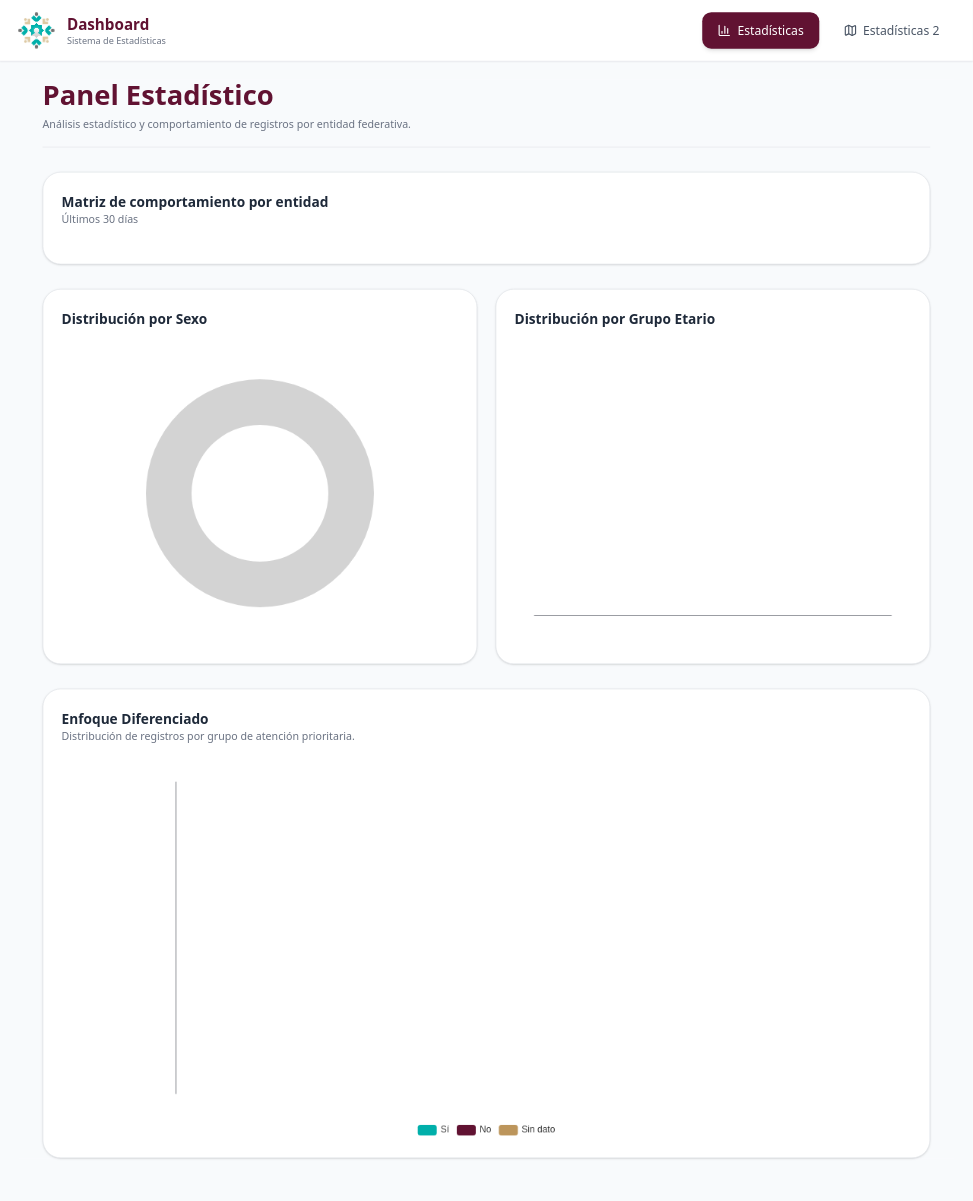
Repository: jesus890/semaforo-cinepolis
Page: /estadisticas
The author's editor kept a copy of each file at every save. The page is drawn from the files as they stood at one save, then again after the next save.
The browser window is 1280 px wide. The pictures show the whole page, at 76% of full size.
The page's requests for data from a server got no answer. The project was rebuilt for these pictures with package versions that can differ from the ones it lists, and the page was loaded fresh each time. No one was signed in, and anything a server would have sent is missing. Also part of the build but not shown: vite.config.ts, src/pages/EstadisticasDosPage.tsx.

Above is the page before, as saved 2026-06-04 12:58:56.

### index.html
<!doctype html>
<html lang="en">
  <head>
    <meta charset="UTF-8" />
    <link rel="icon" type="image/svg+xml" href="/favicon.svg" />
    <meta name="viewport" content="width=device-width, initial-scale=1.0" />
    <title>Estadistica Alertamiento | RNPNDO</title>
  </head>
  <body>
    <div id="root"></div>
    <script type="module" src="/src/main.tsx"></script>
  </body>
</html>

### src/App.tsx
import AppRouter from "./router/AppRouter";

function App() {
    return <AppRouter />;
}

export default App;

### src/router/AppRouter.tsx
import {BrowserRouter,Routes,Route,Navigate,} from "react-router-dom";

import DashboardLayout from "../layouts/DashboardLayout";
import EstadisticasPage from "../pages/EstadisticaPage";
import EstadisticasDosPage from "../pages/EstadisticasDosPage";



export default function AppRouter() {

    return (
        <BrowserRouter>
            <Routes>
                <Route path="/" element={<DashboardLayout/>}>
                    <Route index element={<Navigate to="/estadisticas"/>}/>
                    <Route path="estadisticas" element={<EstadisticasPage />}/>
                    <Route path="estadisticas-2" element={<EstadisticasDosPage />}/>
                </Route>
            </Routes>
        </BrowserRouter>
    );
}

### src/layouts/DashboardLayout.tsx
import { Outlet } from "react-router-dom";

import Header from "../components/Dashboard/navigation/Header";

export default function DashboardLayout() {

    return (
        <div className="min-h-screen bg-slate-50">
            <Header />
            <main className="p-6">
                <Outlet />
            </main>
        </div>

    );
}

### src/pages/EstadisticaPage.tsx
import { useEffect, useState } from "react";

import HeatmapTable from "../components/Dashboard/heatmap/HeatmapTable";

import SexoChart from "../components/Dashboard/charts/SexoChart";

import type { HeatmapRow } from "../types/dashboard.types";

import { GetEntidadesByAlertaTable, GetTotalesIncremento } from "../services/dashboard.service";
import EdadChart from "../components/Dashboard/charts/EdadChart";
import EnfoqueChart from "../components/Dashboard/charts/EnfoqueChart";

export default function EstadisticasPage() {

    const [filters, setFilters] = useState<{ estado_id: number | null, municipio_id: number | null }>({ estado_id: null, municipio_id: null });

    const [heatmapEstados, setHeatmapEstados] = useState<HeatmapRow[]>([]);
    const [dataChart, setDataChart] = useState<any>(null);

    const [loadingHeatmap, setLoadingHeatmap] = useState<boolean>(true);
    const [loadingCharts, setLoadingCharts] = useState<boolean>(true);

    useEffect(() => {
        loadData();
    }, [filters]);

    const loadData = async () => {

        try {

            setLoadingHeatmap(true);
            setLoadingCharts(true);

            const [matrizResp, chartResp] = await Promise.allSettled([
                GetEntidadesByAlertaTable(filters.estado_id, filters.municipio_id),
                GetTotalesIncremento(filters.estado_id, filters.municipio_id)
            ]);

            if (matrizResp.status === "fulfilled") {
                const rows: HeatmapRow[] = matrizResp.value.map((item: any) => ({
                    id: String(item.estado_id),
                    estadoId: item.estado_id,
                    name: item.entidad,
                    values:
                        item.detalleUltimos30Dias.map(
                            (dia: any) => ({
                                day: dia.fecha.slice(0, 10),
                                total: dia.totalRegistros,
                                estatus: dia?.estatusDia,
                                estadoId: item?.estado_id,
                                municipioId: 1, // temporal
                            })
                        ),
                }));

                setHeatmapEstados(rows);
            }

            if (chartResp.status === "fulfilled") {
                setDataChart(chartResp.value);
            }


        } catch (error) {
            console.log("No se pudo obtener la información de la tabla de entidades inicial");
        } finally {
            setLoadingHeatmap(false);
            setLoadingCharts(false);
        }

    };

    const handleEstadoClick = (estadoId: number) => {
        setFilters({
            estado_id: estadoId,
            municipio_id: null,
        });

    };

    const handleCellClick = (data: { estadoId: number; municipioId: number; fecha: string; }) => {
        //console.log("Click celda", data);

        setFilters(prev => ({
            ...prev,
            estado_id:
                data.estadoId,
        }));

    };

    return (
        <>
            <div className="min-h-screen bg-slate-50">
                <div className="mx-auto max-w-[1800px] px-6 lg:px-8">

                    <div className="mb-8 border-b border-gray-200 pb-5">
                        <h1 className="text-4xl font-bold text-[#611232]">
                            Panel Estadístico
                        </h1>

                        <p className="mt-2 text-sm text-gray-500">
                            Análisis estadístico y comportamiento de registros por entidad federativa.
                        </p>
                    </div>

                    {/* Matriz de datos */}
                    <section className="mb-8">
                        <div className="rounded-3xl border border-gray-200 bg-white p-6 shadow-sm">
                            <div className="mb-5">
                                <h2 className="text-lg font-semibold text-gray-800">
                                    Matriz de comportamiento por entidad
                                </h2>

                                <p className="text-sm text-gray-500">
                                    Últimos 30 días
                                </p>
                            </div>

                            <HeatmapTable
                                rows={heatmapEstados}
                                level="estado"
                                onRowClick={handleEstadoClick}
                                onCellClick={handleCellClick}
                            />
                        </div>
                    </section>

                    <section className="mb-8 grid grid-cols-1 gap-6 xl:grid-cols-2">

                        <div className="rounded-3xl border border-gray-200 bg-white p-6 shadow-sm">
                            <h2 className="mb-4 text-lg font-semibold text-gray-800">
                                Distribución por Sexo
                            </h2>

                            <SexoChart sexo={dataChart?.sexo} />
                        </div>

                        <div className="rounded-3xl border border-gray-200 bg-white p-6 shadow-sm">
                            <h2 className="mb-4 text-lg font-semibold text-gray-800">
                                Distribución por Grupo Etario
                            </h2>

                            <EdadChart grupoEtario={dataChart?.grupoEtario} />
                        </div>

                    </section>

                    <section className="mb-8">
                        <div className="rounded-3xl border border-gray-200 bg-white p-6 shadow-sm">
                            <div className="mb-5">
                                <h2 className="text-lg font-semibold text-gray-800">
                                    Enfoque Diferenciado
                                </h2>

                                <p className="text-sm text-gray-500">
                                    Distribución de registros por grupo de atención prioritaria.
                                </p>
                            </div>

                            <EnfoqueChart
                                enfoqueDiferenciado={dataChart?.enfoqueDiferenciado}
                            />
                        </div>
                    </section>
                </div>
            </div>
        </>
    );
}

### src/components/Dashboard/navigation/Header.tsx
import { NavLink } from "react-router-dom";

import { BarChart3, Map, } from "lucide-react";
import logoSystem from "../../../assets/CNB.png";

export default function Header() {

    const menu = [
        {
            label: "Estadísticas",
            icon: BarChart3,
            path: "/estadisticas",
        },
        {
            label: "Estadísticas 2",
            icon: Map,
            path: "/estadisticas-2",
        },
    ];

    return (

        <header className="sticky top-0 z-50 bg-white border-b border-gray-200 shadow-sm">

            <div className="h-20 px-6 flex items-center justify-between max-w-[1800px] mx-auto">

                {/* Logo */}
                <div className="flex items-center gap-4">

                    <img src={logoSystem} alt="Logo" className="h-12 w-auto object-contain" />

                    <div>

                        <h1 className="text-xl font-bold text-[#611232]">
                            Dashboard
                        </h1>

                        <p className="text-xs text-gray-500">
                            Sistema de Estadísticas
                        </p>

                    </div>

                </div>

                {/* Menú */}
                <nav className="flex items-center gap-3">

                    {menu.map((item) => {

                        const Icon = item.icon;

                        return (

                            <NavLink
                                key={item.path}
                                to={item.path}
                                className={({
                                    isActive,
                                }) =>
                                    `
                                    flex
                                    items-center
                                    gap-2
                                    px-5
                                    py-3
                                    rounded-xl
                                    font-medium
                                    transition-all

                                    ${isActive
                                        ? "bg-[#611232] text-white shadow-md"
                                        : "text-gray-600 hover:bg-gray-100"
                                    }
                                `
                                }
                            >

                                <Icon
                                    size={18}
                                />

                                {item.label}

                            </NavLink>
                        );
                    })}

                </nav>

            </div>

        </header>
    );
}

### src/components/Dashboard/charts/SexoChart.tsx
import ReactECharts from "echarts-for-react";
import { Colors } from "../../../constants/colors";

interface SexoItem {
    categoria: string;
    total: number;
}

interface Props {
    sexo?: SexoItem[];
}

export default function SexoChart({ sexo = [] }: Props) {

    const getColor = (categoria: string) => {

        switch (categoria.toUpperCase()) {

            case "HOMBRE":
                return Colors.rojito;

            case "MUJER":
                return Colors.verdecito;

            default:
                return Colors.oro;
        }
    };

    const data = sexo.map(item => ({
        value: item.total,
        name:
            item.categoria.charAt(0) +
            item.categoria.slice(1).toLowerCase(),

        itemStyle: {
            color: getColor(item.categoria),
        },
    }));

    const option = {
        tooltip: {
            trigger: "item",
        },

        legend: {
            bottom: 0,
        },

        series: [
            {
                type: "pie",
                radius: ["45%", "75%"],

                label: {
                    formatter: "{b}\n{c}",
                },

                data,
            },
        ],
    };

    return (
        <ReactECharts
            option={option}
            style={{
                height: "400px",
            }}
        />
    );
}

### src/services/dashboard.service.ts
import { apiRequest } from "../lib/api";
import { axiosInstance } from "../lib/axios";

export const GetEntidadesByAlertaTable = (estado_id: any, municipio_id: any) =>
    apiRequest<any>(
        axiosInstance.get(`/api/Alertas`)
    );

export const GetTotalesIncremento = (estado_id: any, municipio_id: any) =>
    apiRequest<any>(
        axiosInstance.get(`/api/Alertas/incremento-desaparecidos`)
    );

### src/components/Dashboard/charts/EdadChart.tsx
import ReactECharts from "echarts-for-react";
import { Colors } from "../../../constants/colors";

interface GrupoEtarioItem {
  categoria: string;
  total: number;
}

interface Props {
  grupoEtario?: GrupoEtarioItem[];
}

export default function EdadChart({
  grupoEtario = [],
}: Props) {

  const getColor = (
    categoria: string
  ) => {

    switch (
    categoria.toUpperCase()
    ) {

      case "MENOR DE EDAD":
        return Colors.verdecito;

      case "MAYOR DE EDAD":
        return Colors.rojito;

      case "ADULTO MAYOR":
        return Colors.oro;

      default:
        return "#4F46E5";
    }
  };

  const categories =
    grupoEtario.map(
      item => item.categoria
    );

  const data =
    grupoEtario.map(
      item => ({
        value: item.total,

        itemStyle: {
          color: getColor(
            item.categoria
          ),
        },
      })
    );

  const option = {
    tooltip: {
      trigger: "axis",
    },

    grid: {
      left: "5%",
      right: "5%",
      bottom: "10%",
      containLabel: true,
    },

    xAxis: {
      type: "category",

      data: categories,

      axisLabel: {
        interval: 0,
        rotate: 0,
      },
    },

    yAxis: {
      type: "value",
    },

    series: [
      {
        type: "bar",

        barWidth: 70,

        borderRadius: [
          8,
          8,
          0,
          0,
        ],

        data,
      },
    ],
  };

  return (
    <ReactECharts
      option={option}
      style={{
        height: "400px",
      }}
    />
  );
}

### src/components/Dashboard/charts/EnfoqueChart.tsx
import ReactECharts from "echarts-for-react";
import { Colors } from "../../../constants/colors";

interface EnfoqueDetalle {
  categoria: string;
  total: number;
}

interface EnfoqueItem {
  grupo: string;
  detalle: EnfoqueDetalle[];
}

interface Props {
  enfoqueDiferenciado?: EnfoqueItem[];
}

export default function EnfoqueChart({
  enfoqueDiferenciado = [],
}: Props) {

  const normalize = (
    value: string
  ) => {

    const v =
      value
        ?.trim()
        .toUpperCase();

    if (v === "SI")
      return "SI";

    if (v === "NO")
      return "NO";

    return "SIN DATO";
  };

  const groups =
    enfoqueDiferenciado.map(
      item => {

        switch (
        item.grupo
        ) {

          case "TIENEDISCAPACIDAD":
            return "Discapacidad";

          case "HABLAESPANIOL":
            return "Habla Español";

          case "LENGUA":
            return "Lengua";

          case "ESMIGRANTE":
            return "Migrante";

          default:
            return item.grupo;
        }
      }
    );

  const siData =
    enfoqueDiferenciado.map(
      grupo =>
        grupo.detalle
          .filter(
            x =>
              normalize(
                x.categoria
              ) === "SI"
          )
          .reduce(
            (
              acc,
              item
            ) =>
              acc +
              item.total,
            0
          )
    );

  const noData =
    enfoqueDiferenciado.map(
      grupo =>
        grupo.detalle
          .filter(
            x =>
              normalize(
                x.categoria
              ) === "NO"
          )
          .reduce(
            (
              acc,
              item
            ) =>
              acc +
              item.total,
            0
          )
    );

  const sinDatoData =
    enfoqueDiferenciado.map(
      grupo =>
        grupo.detalle
          .filter(
            x =>
              normalize(
                x.categoria
              ) ===
              "SIN DATO"
          )
          .reduce(
            (
              acc,
              item
            ) =>
              acc +
              item.total,
            0
          )
    );

  const option = {

    tooltip: {
      trigger: "axis",
      axisPointer: {
        type: "shadow",
      },
    },

    legend: {
      bottom: 0,
    },

    grid: {
      left: 150,
      right: 30,
      top: 30,
      bottom: 60,
    },

    xAxis: {
      type: "value",
    },

    yAxis: {
      type: "category",
      data: groups,
    },

    series: [
      {
        name: "Sí",
        type: "bar",
        stack: "total",

        label: {
          show: true,
        },

        itemStyle: {
          color:
            Colors.verdecito,
        },

        data: siData,
      },

      {
        name: "No",
        type: "bar",
        stack: "total",

        label: {
          show: true,
        },

        itemStyle: {
          color:
            Colors.rojito,
        },

        data: noData,
      },

      {
        name: "Sin dato",
        type: "bar",
        stack: "total",

        label: {
          show: true,
        },

        itemStyle: {
          color:
            Colors.oro,
        },

        data: sinDatoData,
      },
    ],
  };

  return (
    <ReactECharts
      option={option}
      style={{
        height: "500px",
      }}
    />
  );
}

### src/constants/colors.ts
export const Colors = {
    rojito: "#611232",
    verdecito: "#00AFAA",
    oro: "#BC955B",
    grisito: "#E8E8E8",
    grisote: "#D2D3D3",
    text: "#5A5A5A",
};

### src/lib/api.ts
import axios from "axios";

export async function apiRequest<T>(
  promise: Promise<{ data: T }>
): Promise<T> {
  try {
    const { data } = await promise;
    return data;
  } catch (error) {
    if (axios.isAxiosError(error)) {
      const response = error.response;

      const message =
        response?.data?.message ||
        response?.data?.error ||
        response?.data?.msg ||
        "Error en la petición";

      throw new Error(message);
    }

    throw new Error("Error inesperado");
  }
}

### src/lib/axios.ts
import axios from "axios";

export const axiosInstance = axios.create({
  baseURL: import.meta.env.VITE_API_URL,
});

Loaded but not shown: src/main.tsx (common file); src/index.css (common file); src/components/Dashboard/heatmap/HeatmapTable.tsx (175 lines, source omitted)

After the next save:
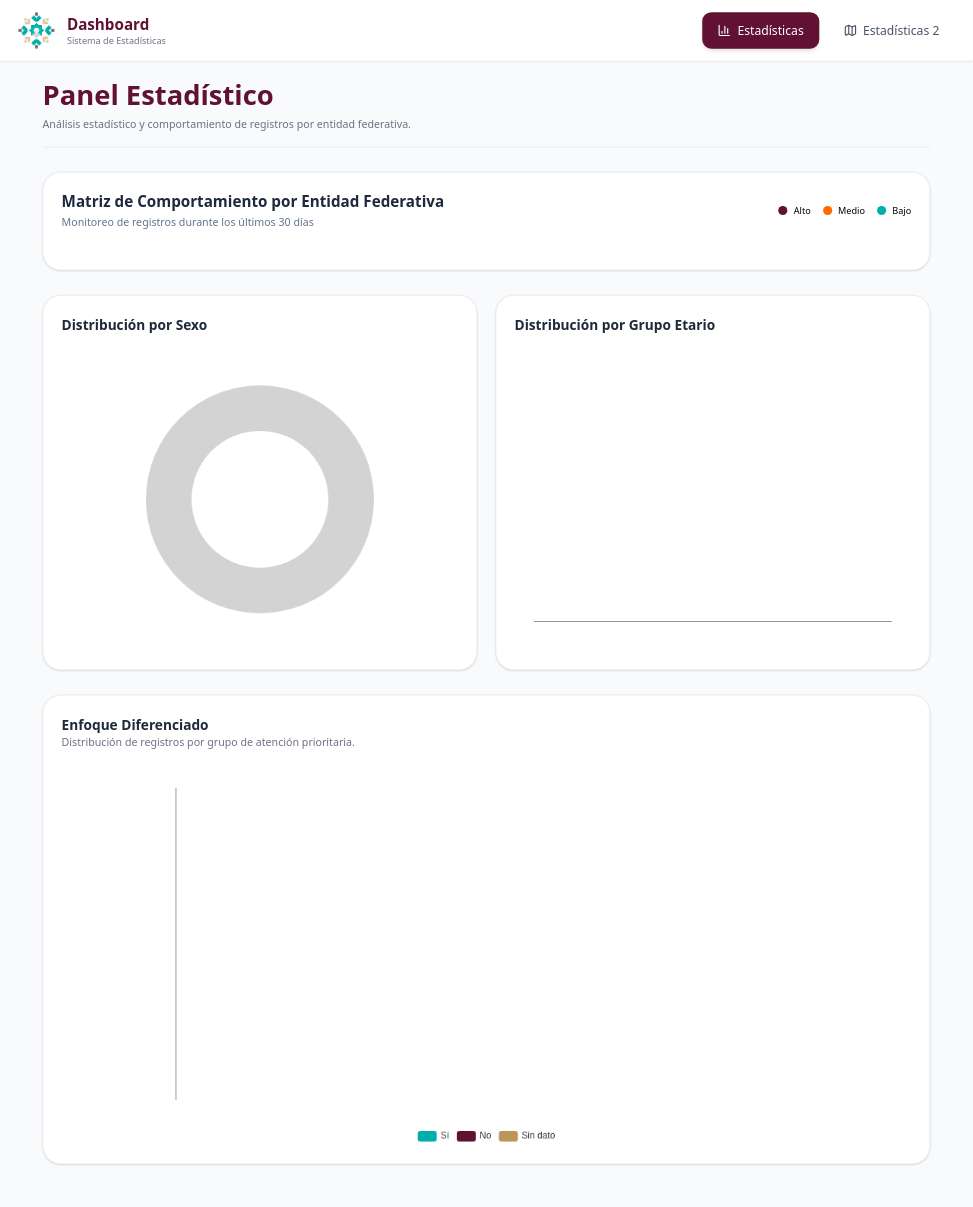
Saved 2 min 21 s later.
--- a/src/pages/EstadisticaPage.tsx
+++ b/src/pages/EstadisticaPage.tsx
@@ -107,14 +107,35 @@ export default function EstadisticasPage() {
                     {/* Matriz de datos */}
                     <section className="mb-8">
                         <div className="rounded-3xl border border-gray-200 bg-white p-6 shadow-sm">
-                            <div className="mb-5">
-                                <h2 className="text-lg font-semibold text-gray-800">
-                                    Matriz de comportamiento por entidad
-                                </h2>
+                            <div className="mb-6 flex items-center justify-between">
+                                <div>
+                                    <h2 className="text-xl font-semibold text-slate-800">
+                                        Matriz de Comportamiento por Entidad Federativa
+                                    </h2>
 
-                                <p className="text-sm text-gray-500">
-                                    Últimos 30 días
-                                </p>
+                                    <p className="mt-1 text-sm text-slate-500">
+                                        Monitoreo de registros durante los últimos 30 días
+                                    </p>
+                                </div>
+
+                                <div className="flex items-center gap-4 text-xs">
+
+                                    <div className="flex items-center gap-2">
+                                        <div className="h-3 w-3 rounded-full bg-[#611232]" />
+                                        <span>Alto</span>
+                                    </div>
+
+                                    <div className="flex items-center gap-2">
+                                        <div className="h-3 w-3 rounded-full bg-orange-500" />
+                                        <span>Medio</span>
+                                    </div>
+
+                                    <div className="flex items-center gap-2">
+                                        <div className="h-3 w-3 rounded-full bg-[#00AFAA]" />
+                                        <span>Bajo</span>
+                                    </div>
+
+                                </div>
                             </div>
 
                             <HeatmapTable
